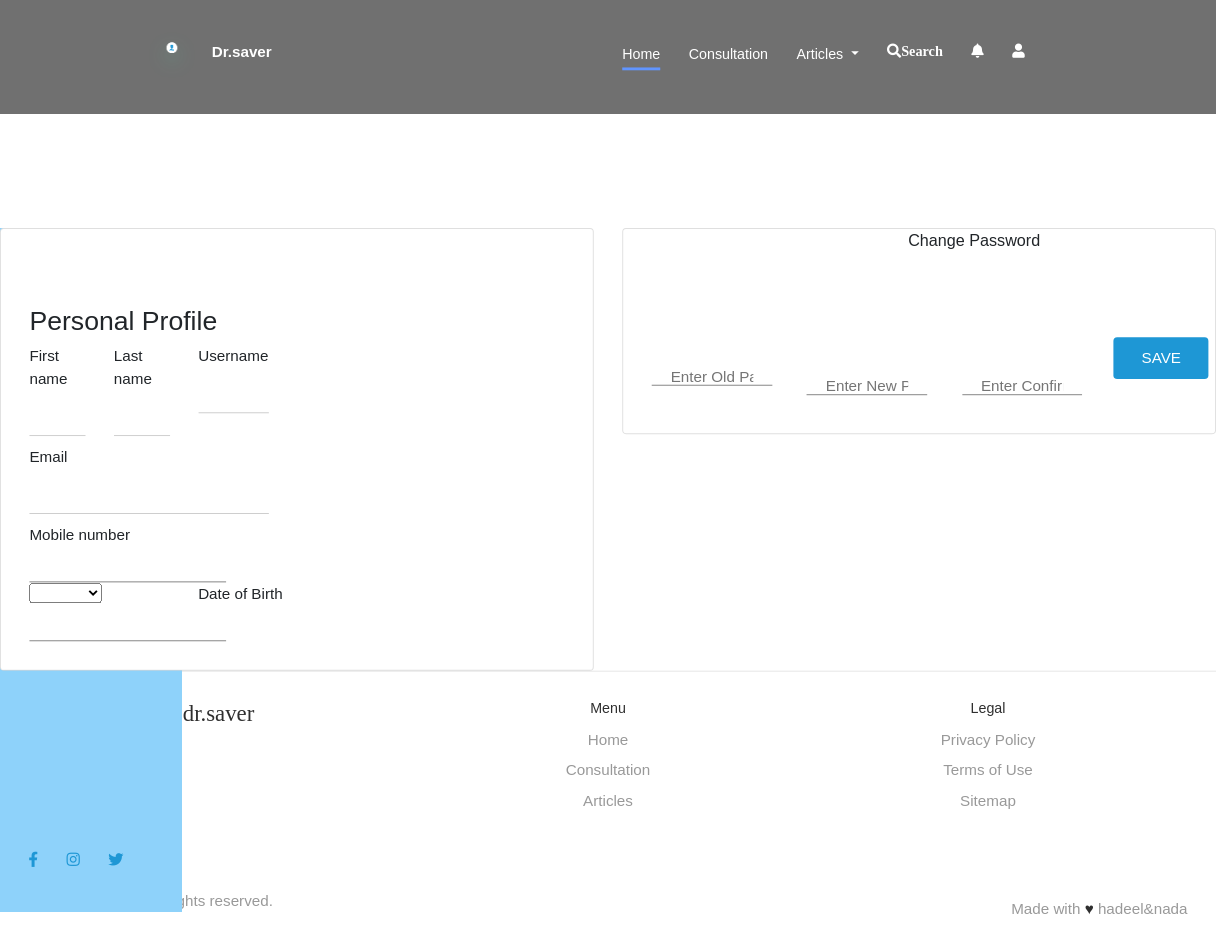
Repository: nsra/hadeel_doctor_system
Page: patient/Pprofile.html
An editor plug-in stored every save of this project. The page is shown before and after the next save, followed by the edit.
The browser window is 1280 px wide. The page is 1295 px wide, so the pictures cover 1295 px, including what lies to the right of the window. The pictures show the whole page, at 95% of full size.
Some web fonts or font styles are not loaded; a fallback is used. Some web libraries are served in a nearby version.

Above is the page before, as saved 2022-03-25 14:39:09.

After the next save:
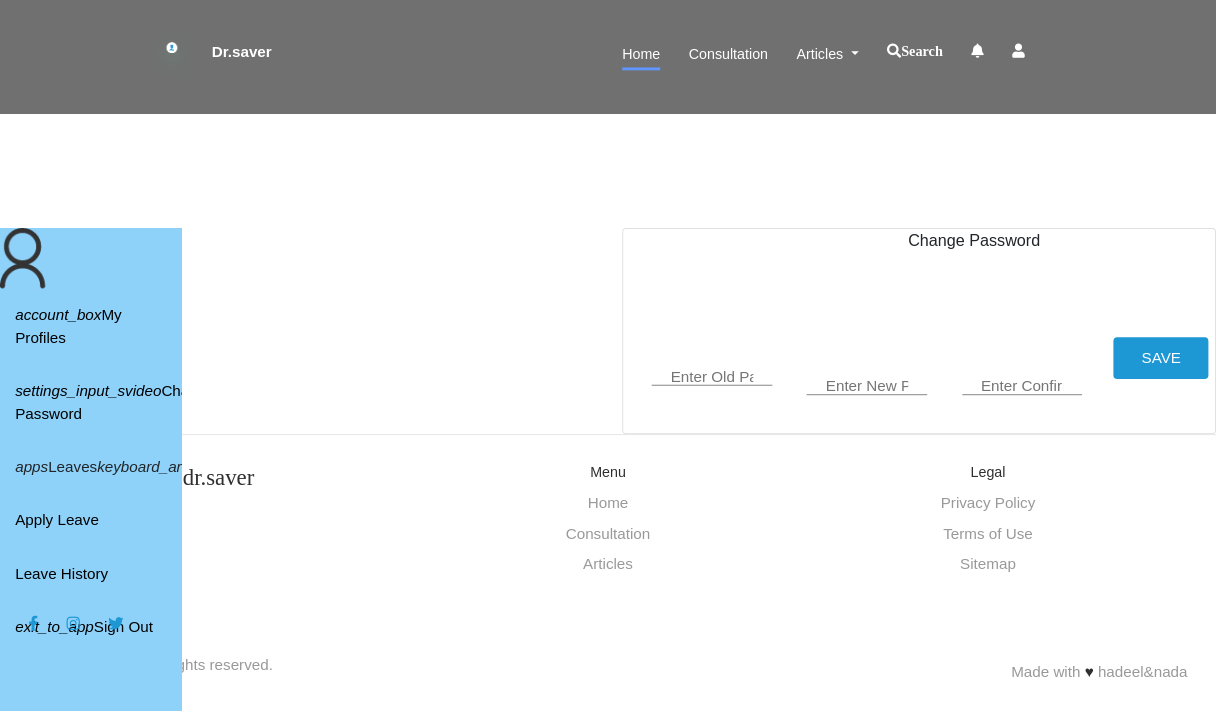
Saved 14 s later.
--- a/patient/Pprofile.html
+++ b/patient/Pprofile.html
@@ -96,84 +96,6 @@
         <br>
             <div class="col s12">
 
-        <main class="mn-inner float-right">
-            <div class="row">
-
-                <div class="col s12 m12 l12">
-                    <div class="card">
-                        <div class="card-content">
-                            <form id="example-form" method="post" name="updatemp">
-                                <div>
-                                    <h3>Personal Profile</h3>
-
-                                    <section>
-                                        <div class="wizard-content">
-                                            <div class="row">
-                                                <div class="col m6">
-                                                    <div class="row">
-
-
-<div class="input-field col m6 s12">
-<label for="firstName">First name</label>
-<input id="firstName" name="firstName"  "  type="text" required>
-</div>
-
-<div class="input-field col m6 s12">
-<label for="lastName">Last name </label>
-<input id="lastName" name="lastName" value="" type="text" autocomplete="off" required>
-</div>
-
-<div class="input-field col s12">
-
-<label for="userName">Username </label>
-<input id="userName" name="userName" value="" type="text" autocomplete="off" required>
-    </div>
-
-<div class="input-field col s12">
-<label for="email">Email</label>
-<input  name="email" type="email" id="email" value=" " readonly autocomplete="off" required>
-<span id="emailid-availability" style="font-size:12px;"></span>
-</div>
-
-<div class="input-field col s12">
-<label for="phone">Mobile number</label>
-<input id="phone" name="mobileno" type="tel" value=" " maxlength="10" autocomplete="off" required>
-</div>
-
-</div>
-</div>
-
-<div class="col m6">
-<div class="row">
-<div class="input-field col m6 s12">
-<select  name="gender" autocomplete="off">
-<option value=""></option>
-<option value="Male">Male</option>
-<option value="Female">Female</option>
-
-</select>
-</div>
-<label for="birthdate">Date of Birth</label>
-<div class="input-field col m6 s12">
-
-<input id="birthdate" name="dob"  class="datepicker" value="" >
-</div>
-
-
-                                                    </div>
-                                                </div>
-                                            </div>
-                                        </div>
-                                    </section>
-
-
-                                    </section>
-                                </div>
-                            </form>
-                        </div>
-                    </div>
-                </div>
-            </div>
             </div>
             <div class="col s12 m12 l6">
                 <div class="card">
